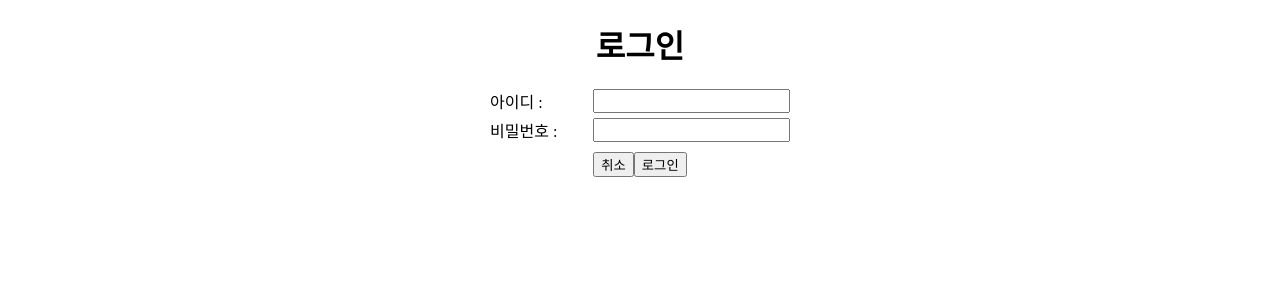
Repository: pvntlc/D-IT-Tech-Internship
Page: work_web/Day1/src/main/webapp/login.html
An editor plug-in stored every save of this project. The page is shown before and after the next save, followed by the edit.
The browser window is 1280 px wide. The pictures show the whole page.

Above is the page before, as saved 2023-09-11 01:43:15.

After the next save:
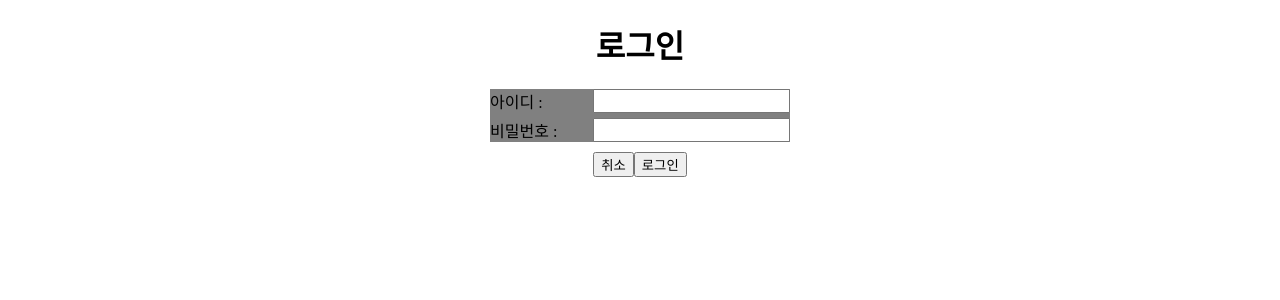
Saved 74 s later.
--- a/work_web/Day1/src/main/webapp/login.html
+++ b/work_web/Day1/src/main/webapp/login.html
@@ -20,6 +20,8 @@
 			grid-gap: 5px 5px;
 			margin: auto;
 			margin-bottom: 10px;
+
+			background-color: gray;
 		}
 
 		#btn{

After the save that followed:
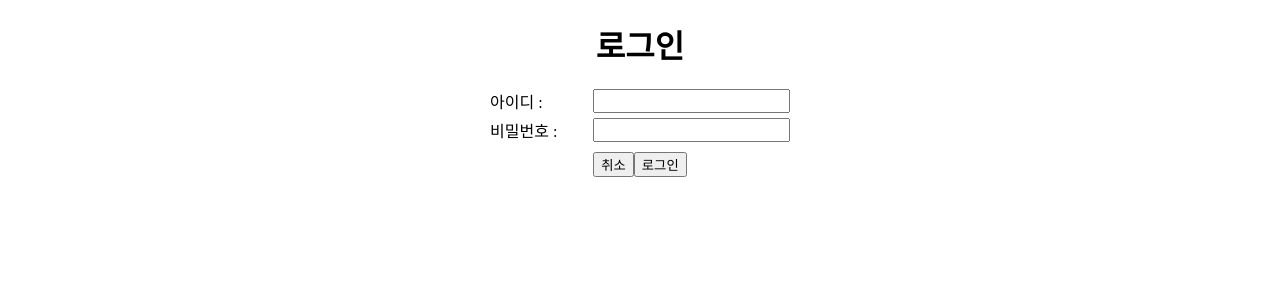
Saved 16 s later.
--- a/work_web/Day1/src/main/webapp/login.html
+++ b/work_web/Day1/src/main/webapp/login.html
@@ -20,8 +20,6 @@
 			grid-gap: 5px 5px;
 			margin: auto;
 			margin-bottom: 10px;
-
-			background-color: gray;
 		}
 
 		#btn{
